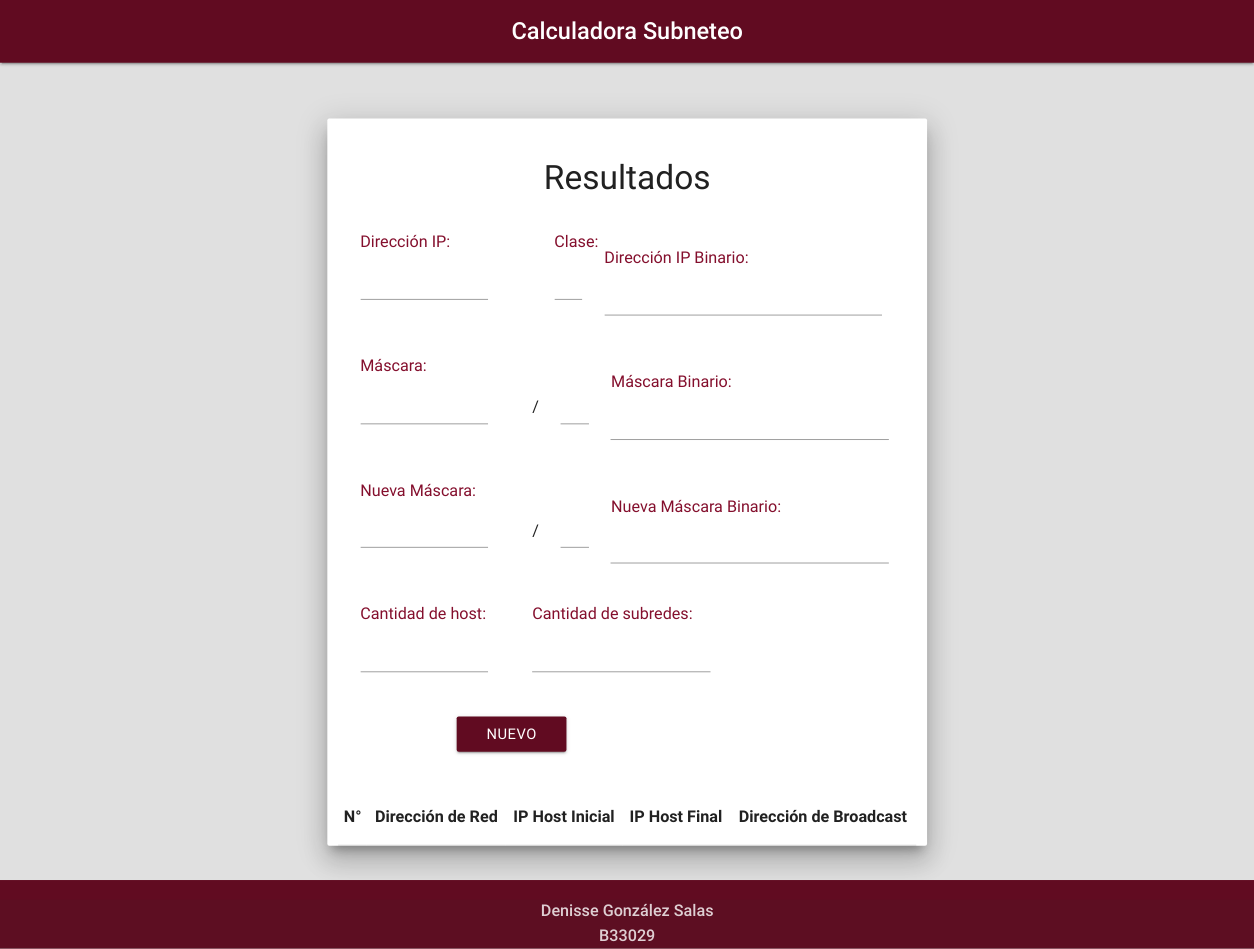
Repository: DenisseGS/Subnet-Calc
Page: resources/views/Resultado.blade.php
The author's editor kept a record of every edit. The page is drawn from the files as they stood at one moment, then again after the next edit.
The browser window is 1280 px wide. The pictures show the whole page, at 98% of full size.
Some web libraries are served in a nearby version. The page is served by the project's Laravel application, run on PHP 8.4 with Laravel 8. The template is opened directly, without the code that normally fills it, so the values that code supplies are empty.

Above is the page before.

After the next edit:
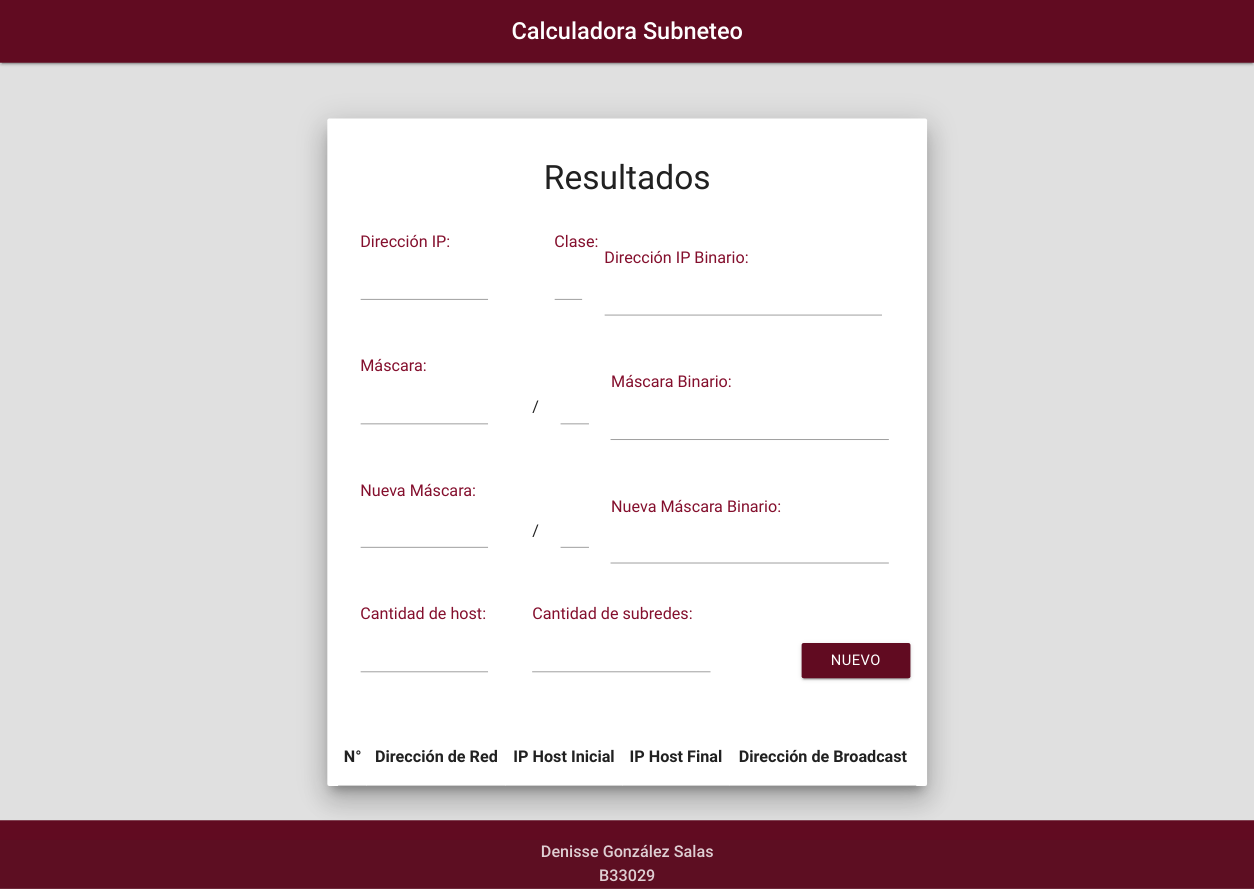
The edit:
--- a/resources/views/Resultado.blade.php
+++ b/resources/views/Resultado.blade.php
@@ -116,7 +116,7 @@
 
                         <div class="input-field col"></div><div class="input-field col"></div>
 
-                        <div class="col s5">
+                        <div class="col s4">
                             <br>
                           <button class="btn waves-effect waves-light btn right"><a style="color:#FFFFFF;" href="{{ url('/index') }}">Nuevo</a></button>
                         </div>
